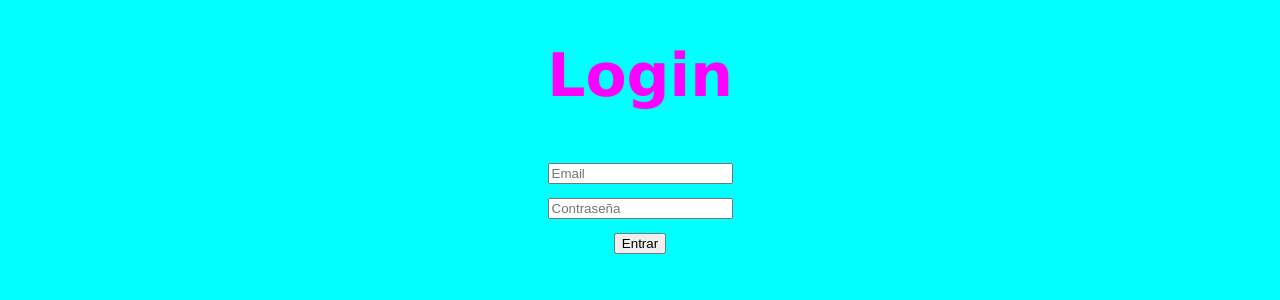
Repository: LazaroRicardo/WORKSPACE
Page: http://localhost/ProyectoMVC2/login
The author's editor kept a copy of each file at every save. The page is drawn from the files as they stood at one save, then again after the next save.
The browser window is 1280 px wide. The pictures show the whole page.
The page is served by Tomcat 9.

Above is the page before, as saved 2018-11-14 10:10:21.

After the next save:
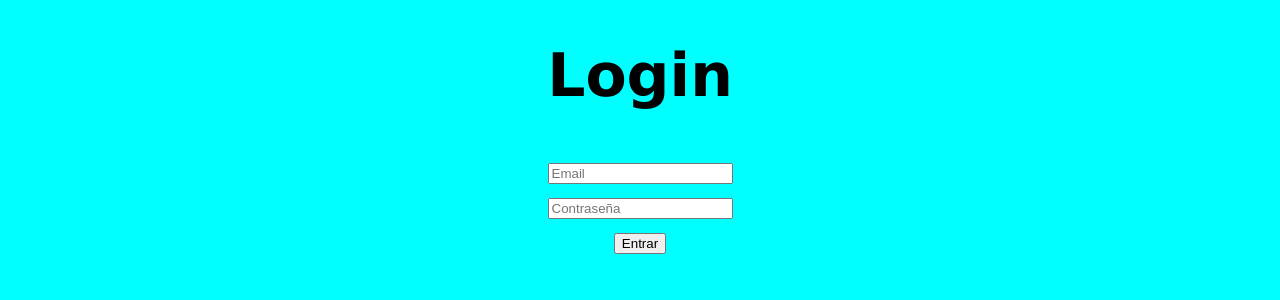
Saved 29 s later.
--- a/javaweb/ProyectoMVC2/WebContent/css/style.css
+++ b/javaweb/ProyectoMVC2/WebContent/css/style.css
@@ -5,7 +5,7 @@
 	font-size:30px;
 	display:block;
 	text-align:center;
-	color:fuchsia;
+
 	background-color:aqua;
 }
 h1{

After the save that followed:
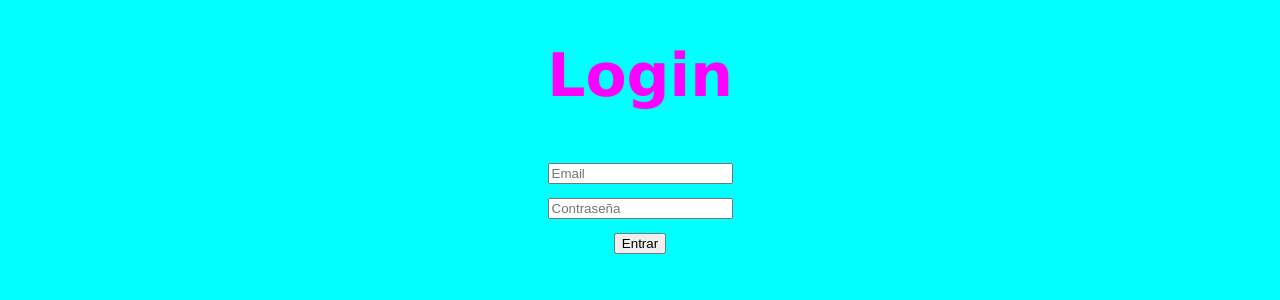
Saved 28 s later.
--- a/javaweb/ProyectoMVC2/WebContent/css/style.css
+++ b/javaweb/ProyectoMVC2/WebContent/css/style.css
@@ -5,7 +5,7 @@
 	font-size:30px;
 	display:block;
 	text-align:center;
-
+	color:fuchsia;
 	background-color:aqua;
 }
 h1{
